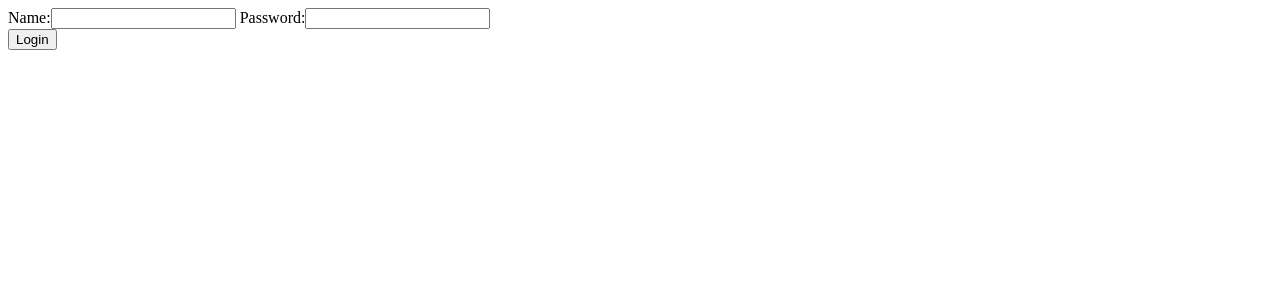
Repository: seanchrishungerford/JavaProjects
Page: DemoApp/WebContent/WEB-INF/login.html
An editor plug-in stored every save of this project. The page is shown before and after the next save, followed by the edit.
The browser window is 1280 px wide. The pictures show the whole page.

Above is the page before, as saved 2020-12-16 15:28:24.

After the next save:
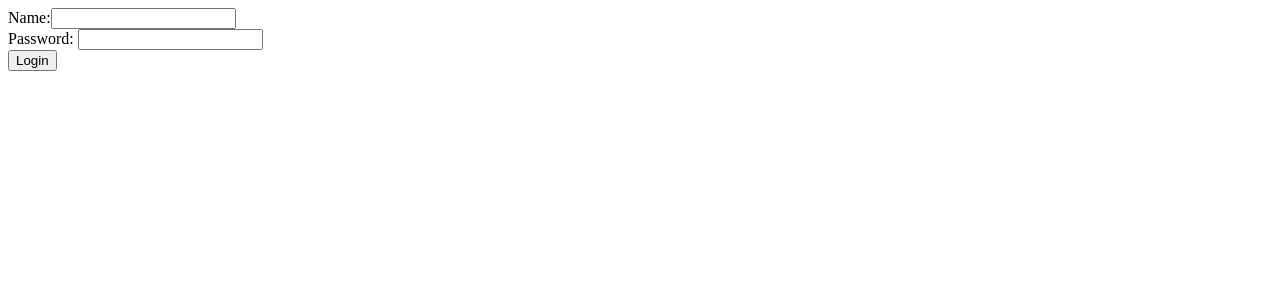
Saved 43 min 39 s later.
--- a/DemoApp/WebContent/WEB-INF/login.html
+++ b/DemoApp/WebContent/WEB-INF/login.html
@@ -1,3 +1,4 @@
+
 <!DOCTYPE html>
 <html>
 <head>
@@ -8,14 +9,16 @@
 
 <form method="post" action="LoginServlet">
 
-Name:<input type="text" name="uname">
-Password:<input type="password" name ="pass"><br/>
+Name:<input type="text" name="uname"> <br/>
+Password: <input type="password" name="pass"><br/>
+
 
 
 <button type="submit">Login</button>
 
+</form>
 
-</form>
+
 
 
 </body>
